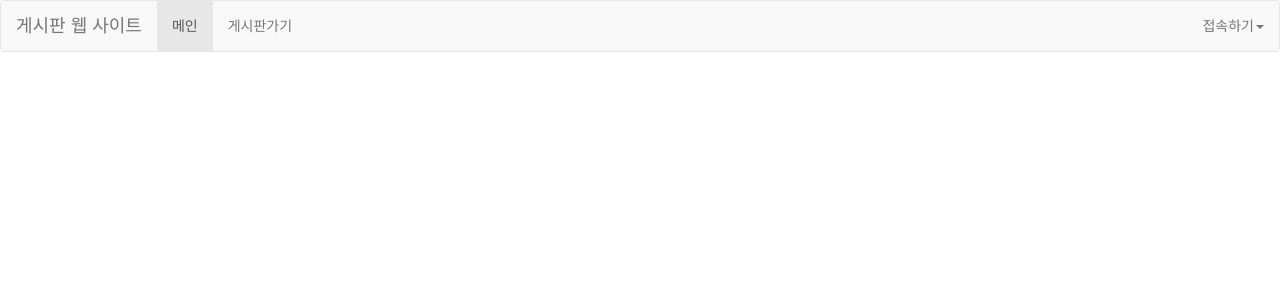
Repository: dbfjd01/save
Page: http://localhost/BBS/bbs.jsp
The author's editor kept a copy of each file at every save. The page is drawn from the files as they stood at one save, then again after the next save.
The browser window is 1280 px wide. The pictures show the whole page.
Some web libraries are served in a nearby version. The page is served by Tomcat 9. Other server files are loaded and not shown.

Above is the page before, as saved 2021-07-02 04:41:37.

### Test/BBS/src/main/webapp/bbs.jsp
<%@ page language="java" contentType="text/html; charset=UTF-8"
    pageEncoding="UTF-8"%>
<!DOCTYPE html>
<html>
<head>
<meta charset="UTF-8">
<!-- 화면 최적화 -->
<meta name="viewport" content="width-device-width", initial-scale="1">
<!-- 루트 폴더에 부트스트랩을 참조하는 링크 -->
<link rel="stylesheet" href="css/bootstrap.css">
<title>로그인</title>
</head>
<body>
<%
//메인 페이지로 이동했을때 세션에 값이 담겨있는지 체크
String userID=null;
if(session.getAttribute("userID")!=null){
	userID=(String)session.getAttribute("userID");
}
%>
<nav class="navbar navbar-default">
	<div class="navbar-header"><!-- 상단 -->
		<button type="button" class="navbar-toggle collapsed"
		data-toggle="collapse" data-target="#bs-example-navbar-collapse-1"
		aria-expanded="false">
		<span class="icon-bar"></span>
		<span class="icon-bar"></span>
		<span class="icon-bar"></span>
		</button>
		<a class="navbar-brand" href="main.jsp">게시판 웹 사이트</a>
		<!-- 클릭시 메뉴로 이동 -->
	</div>
	<div class="collapsed navbar-collapse" id="bs-example-navbar-collapse-1">
		<ul class="nav navbar-nav">
			<li class="active"><a href="main.jsp">메인</a></li>
			<li><a href="bbs.jsp">게시판가기</a></li>
		</ul>
		<%
			//로그인 하지 않았을때 보여지는 화면
			if(userID==null){
		%>
		<!-- 헤더 우측에 나타나는 드랍다운 영역 -->
			<ul class="nav navbar-nav navbar-right">
				<li class="dropdown">
					<a href="#" class="dropdown-toggle"
						data-toggle="dropdown" role="button" aria-haspopup="true"
						aria-expanded="false">접속하기<span class="caret"></span></a>
					<!-- 드랍다운 아이템 영역 -->
					<ul class="dropdown-menu">
						<li><a href="login.jsp">로그인</a></li>
						<li><a href="join.jsp">회원가입</a></li>
					</ul>
				</li>
			</ul>
			<%
				// 로그인이 되어 있는 상태에서 보여주는 화면
				}else{
			%>
			<!-- 헤더 우측에 나타나는 드랍다운 영역 -->
			<ul class="nav navbar-nav navbar-right">
				<li class="dropdown">
					<a href="#" class="dropdown-toggle"
						data-toggle="dropdown" role="button" aria-haspopup="true"
						aria-expanded="false">회원관리<span class="caret"></span></a>
					<!-- 드랍다운 아이템 영역 -->
					<ul class="dropdown-menu">
						<li><a href="logoutAction.jsp">로그아웃</a></li>
					</ul>
				</li>
			</ul>
			<%
				}
			%>
    	</div>
    </nav>

<!-- 부트스트랩 참조 -->
<script src="https://code.jquery.com/jquery-3.1.1.min.js"></script>
<script src="js/bootstrap.js"></script>
</body>
</html>

Loaded but not shown: Test/BBS/src/main/webapp/css/bootstrap.css (library); Test/BBS/src/main/webapp/js/bootstrap.js (library)

After the next save:
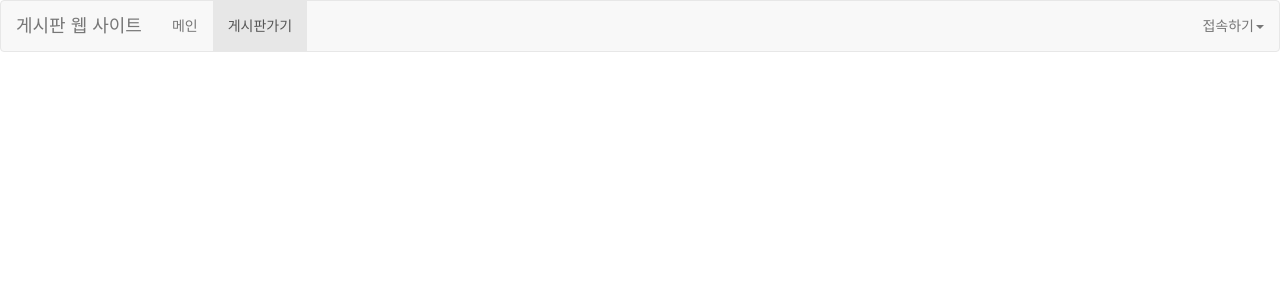
Saved 41 s later.
--- a/Test/BBS/src/main/webapp/bbs.jsp
+++ b/Test/BBS/src/main/webapp/bbs.jsp
@@ -32,8 +32,8 @@
 	</div>
 	<div class="collapsed navbar-collapse" id="bs-example-navbar-collapse-1">
 		<ul class="nav navbar-nav">
-			<li class="active"><a href="main.jsp">메인</a></li>
-			<li><a href="bbs.jsp">게시판가기</a></li>
+			<li><a href="main.jsp">메인</a></li>
+			<li class="active"><a href="bbs.jsp">게시판가기</a></li>
 		</ul>
 		<%
 			//로그인 하지 않았을때 보여지는 화면
